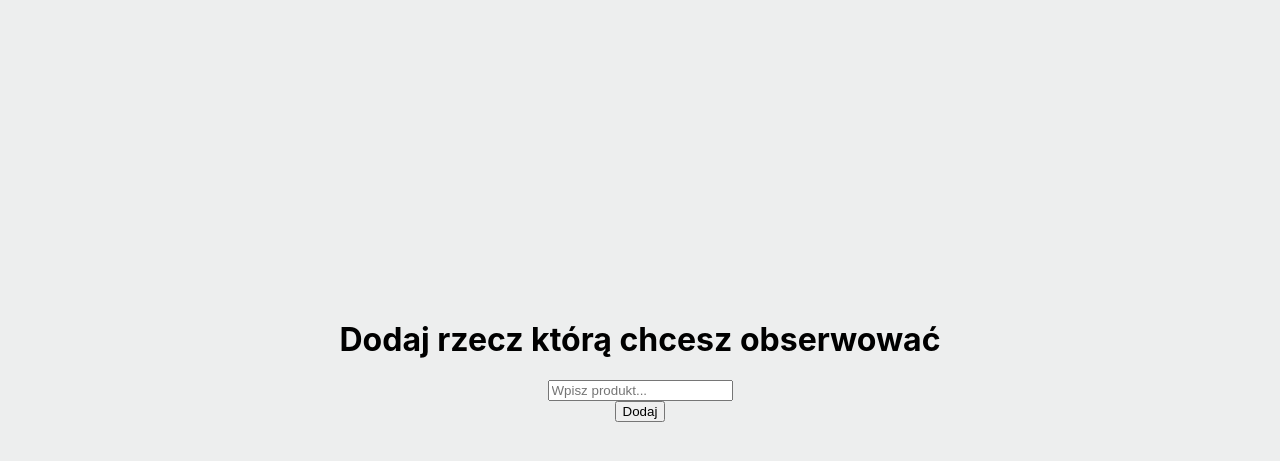
Repository: matedoo/crawler
Page: /MainApp
The author's editor kept a copy of each file at every save. The page is drawn from the files as they stood at one save, then again after a run of saves.
The browser window is 1280 px wide. The pictures show the whole page.
The project was rebuilt for these pictures with package versions that can differ from the ones it lists, and the page was loaded fresh each time. Requests to the local data server were answered from the project's data file. Also part of the build but not shown: src/Components/button.js, src/Components/LoginComponents/LoginApp.js, src/Components/LoginComponents/RegisterApp.js, src/Components/btnContainer.js, src/Components/heading.js, src/Components/LoginComponents/StartApp.js, src/Components/MainApp/MainAppElement.js.

Above is the page before, as saved 2020-04-26 17:56:55.

After the next 4 saves:
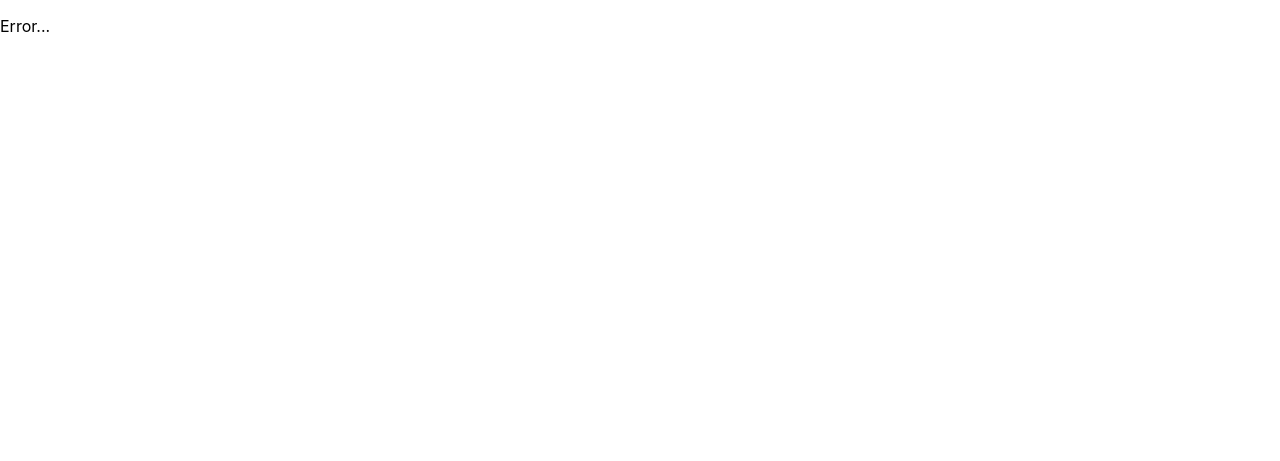
The 4 saves are shown as one change because 3 did not build or start.
The last was saved 2 min 31 s later.
--- a/src/Components/MainApp/MainApp.js
+++ b/src/Components/MainApp/MainApp.js
@@ -22,7 +22,7 @@
         const responseParsed = await response.json()
         setIsLoading(false)
         setFetchedData(responseParsed)
-        // console.log(responseParsed);
+        fetchedData.map(el => console.log(el))
 
         // elementsListState.push(responseParsed)
       } catch(dataError){
@@ -33,7 +33,7 @@
     }
     myFetch()
   }, [apiItems])
-  console.log(fetchedData);
+
 
   if(isLoading){
     return <p>Loading...</p>

After the 4 saves that followed:
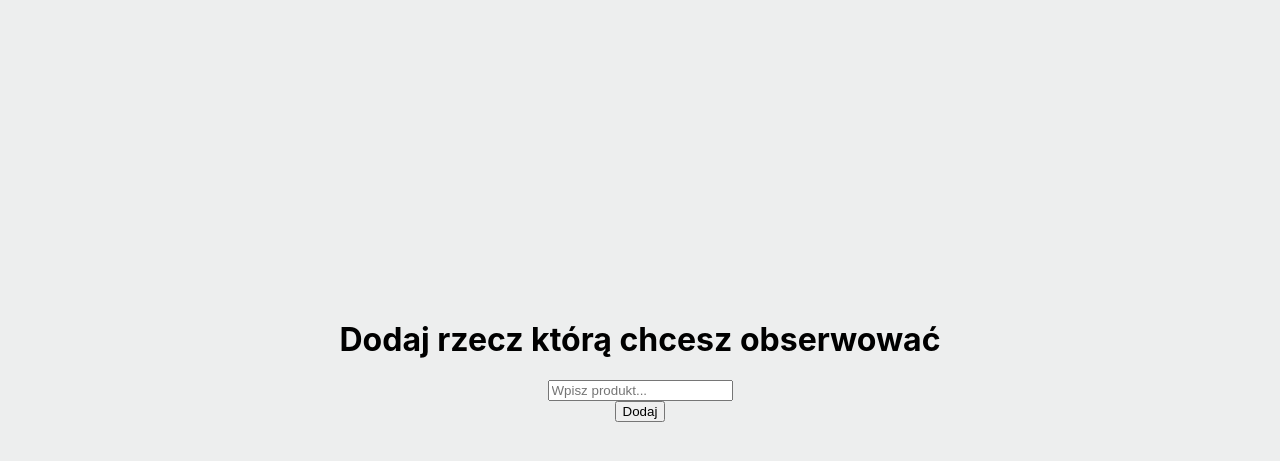
The 4 saves are shown as one change because 3 did not build or start.
The last was saved 64 s later.
--- a/src/Components/MainApp/MainApp.js
+++ b/src/Components/MainApp/MainApp.js
@@ -22,7 +22,7 @@
         const responseParsed = await response.json()
         setIsLoading(false)
         setFetchedData(responseParsed)
-        fetchedData.map(el => console.log(el))
+
 
         // elementsListState.push(responseParsed)
       } catch(dataError){
@@ -33,6 +33,7 @@
     }
     myFetch()
   }, [apiItems])
+  console.log(fetchedData);
 
 
   if(isLoading){
